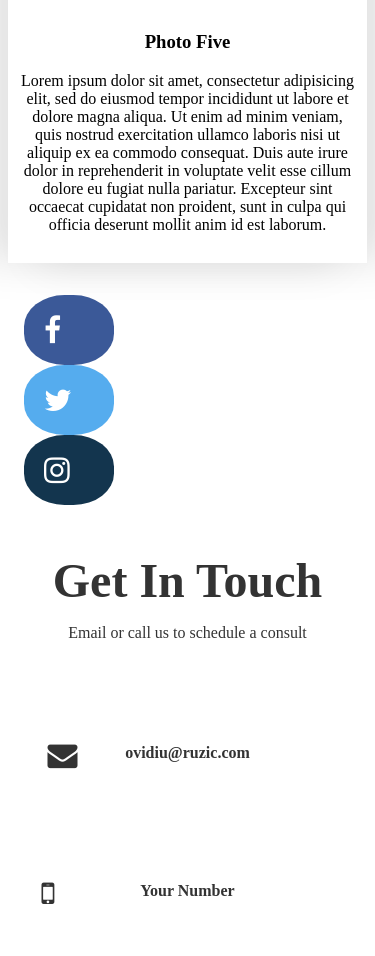
Repository: konstantin0s/mobile-photography
Page: index.html
The author's editor kept a copy of each file at every save. The page is drawn from the files as they stood at one save, then again after the next save.
The browser window is 375 px wide. The pictures show the part of the page from y = 3045 to 4001 px (the page is 4001 px tall).

Above is the page before, as saved 2019-05-11 15:17:46.

### index.html
<!DOCTYPE html>
<html lang="en" dir="ltr">
  <head>
    <meta charset="utf-8">
    <meta name="viewport" content="width=device-width, initial-scale=1.0">
    <meta http-equiv="X-UA-Compatible" content="ie=edge">
    <link rel="stylesheet" href="https://cdnjs.cloudflare.com/ajax/libs/font-awesome/4.7.0/css/font-awesome.min.css">
    <link rel="stylesheet" href="css/style.css">

    <title>Mobile Photography</title>
  </head>
  <body>
<main>
  <div id="landing" class="">
    <div id="landing-text" class="">
      <div id="landing-text-inner" class="">
       <img id="logo" src="img/logos.png" />
       <h1>Photography</h1>
        <a href="#images" class="btn" id="view-work">
          View Work
        </a>
      </div>
    </div>
    <div id="landing-image" class="">

    </div>
  </div>

  <div id="images" class="">
<div id="header">
  <h2>Our Work</h2>
</div>
<img src="https://source.unsplash.com/1600x900/?nature,water" alt="">
<div class="caption">
  <h3>Photo One</h3>
  <p>
    Lorem ipsum dolor sit amet, consectetur adipisicing elit, sed do eiusmod tempor incididunt ut labore et dolore magna aliqua. Ut enim ad minim veniam, quis nostrud exercitation ullamco laboris nisi ut aliquip ex ea commodo consequat. Duis aute irure dolor in reprehenderit in voluptate velit esse cillum dolore eu fugiat nulla pariatur. Excepteur sint occaecat cupidatat non proident, sunt in culpa qui officia deserunt mollit anim id est laborum.

  </p>
</div>

<img src="https://source.unsplash.com/1600x900/?nature,clouds" alt="">
<div class="caption">
  <h3>Photo Two</h3>
  <p>
    Lorem ipsum dolor sit amet, consectetur adipisicing elit, sed do eiusmod tempor incididunt ut labore et dolore magna aliqua. Ut enim ad minim veniam, quis nostrud exercitation ullamco laboris nisi ut aliquip ex ea commodo consequat. Duis aute irure dolor in reprehenderit in voluptate velit esse cillum dolore eu fugiat nulla pariatur. Excepteur sint occaecat cupidatat non proident, sunt in culpa qui officia deserunt mollit anim id est laborum.

  </p>
</div>

<img src="https://source.unsplash.com/1600x900/?nature,animals" alt="">
<div class="caption">
  <h3>Photo Three</h3>
  <p>
    Lorem ipsum dolor sit amet, consectetur adipisicing elit, sed do eiusmod tempor incididunt ut labore et dolore magna aliqua. Ut enim ad minim veniam, quis nostrud exercitation ullamco laboris nisi ut aliquip ex ea commodo consequat. Duis aute irure dolor in reprehenderit in voluptate velit esse cillum dolore eu fugiat nulla pariatur. Excepteur sint occaecat cupidatat non proident, sunt in culpa qui officia deserunt mollit anim id est laborum.

  </p>
</div>

<img src="https://source.unsplash.com/1600x900/?nature,trees" alt="">
<div class="caption">
  <h3>Photo Four/h3>
  <p>
    Lorem ipsum dolor sit amet, consectetur adipisicing elit, sed do eiusmod tempor incididunt ut labore et dolore magna aliqua. Ut enim ad minim veniam, quis nostrud exercitation ullamco laboris nisi ut aliquip ex ea commodo consequat. Duis aute irure dolor in reprehenderit in voluptate velit esse cillum dolore eu fugiat nulla pariatur. Excepteur sint occaecat cupidatat non proident, sunt in culpa qui officia deserunt mollit anim id est laborum.

  </p>
</div>

<img src="https://source.unsplash.com/1600x900/?nature,flowers" alt="">
<div class="caption">
  <h3>Photo Five</h3>
  <p>
    Lorem ipsum dolor sit amet, consectetur adipisicing elit, sed do eiusmod tempor incididunt ut labore et dolore magna aliqua. Ut enim ad minim veniam, quis nostrud exercitation ullamco laboris nisi ut aliquip ex ea commodo consequat. Duis aute irure dolor in reprehenderit in voluptate velit esse cillum dolore eu fugiat nulla pariatur. Excepteur sint occaecat cupidatat non proident, sunt in culpa qui officia deserunt mollit anim id est laborum.

  </p>
</div>

  </div>

</main>

<footer>
    <a href="#" class="fa fa-facebook"></a>
    <a href="#" class="fa fa-twitter"></a>
    <a href="#" class="fa fa-instagram"></a>

  <h3>Get In Touch</h3>
  <p>Email or call us to schedule a consult</p>
 <div class="container">
    <i class="fa fa-envelope fa-5x" aria-hidden="true"></i
      ><p><strong>ovidiu@ruzic.com</strong>
    </p> <br />
    <i class="fa fa-mobile fa-5x" aria-hidden="true"></i>
     <p> <strong>Your Number</strong></p>
 </div>
</footer>
<script
src="https://code.jquery.com/jquery-3.3.1.min.js"
integrity="sha256-FgpCb/KJQlLNfOu91ta32o/NMZxltwRo8QtmkMRdAu8="
crossorigin="anonymous"></script>
<script type="text/javascript" src="js/main.js">

</script>
  </body>
</html>

### css/style.css
import url('https://fonts.googleapis.com/css?family=Open+Sans');

body {
  font-family: 'Open Sans', sans-serif;
  margin: 0;
  background-color: #eee;
  height: auto;
}

h1{
  font-weight: 400;
  font-size: 2.5rem;
  text-transform: uppercase;
  margin: 0;
  border-bottom: 1px solid black;
  top: -90px;
  position: relative;
}

h2 {
  font-weight: 400;
  font-size: 1.2rem;
  text-transform: capitalize;
  margin: 0;
}

img {
  display: block;
  width: 100%;
}

#logo {
  top: -80px;
  position: relative;
}

main {
  max-width: 900px;
  margin: auto;
  box-shadow: 30px 0px 40px rgba(0,0,0,0.1), -30px 0px 40px rgba(0,0,0,0.1);
}

#landing {
  background: #fff;
  }

#landing-text {
display: flex;
flex: 0 1 40vw;
height: 50vh;
justify-content: center;
align-items: center;
text-align: center;
padding-right: 1rem;
padding-left: 1rem;
}

#landing-text h2 {
  color: #888;
}
.btn {
  padding: 0.5rem 2rem;
  border: 1px #ccc solid;
  display: inline-block;
  margin: 2rem 0 0;
  border-radius: 50px;
  text-decoration: none;
  color: #333;
  transition: background 500ms ease;
}

#landing-image {
  background: url(https://source.unsplash.com/De8wMYoSSBc);
  background-position: center;
  background-size: cover;
  background-repeat: no-repeat;
  height: 50vh;
  flex: 0 1 60vw;
  margin: 0;
}

.btn:hover {
  background: #f4f4f4;
}

#header {
  padding: 1.5rem;
  text-align: center;
  background: #333;
  color: #fff;
}

#header h2 {
  border-left: dotted 1px #fff;
  border-right: dotted 1px #fff;
display: inline-block;
padding-right: 1rem;
padding-left: 1rem;
}

.caption {
  padding: 0.8rem;
  text-align: center;
}

footer {
  text-align: center;
  padding: 2rem 1rem;
  margin: auto;
  color: #333;
}

footer h3 {
  font-size: 3rem;
  margin-bottom: 0;
}

.fa {
  padding: 20px;
  margin-right: 50px;
  font-size: 30px;
  width: 50px;
  text-align: center;
  text-decoration: none;
  border-radius: 45%;
}

/* Add a hover effect if you want */
.fa:hover {
  opacity: 0.7;
}

/* Set a specific color for each brand */

/* Facebook */
.fa-facebook {
  background: #3B5998;
  color: white;
}

/* Twitter */
.fa-twitter {
  background: #55ACEE;
  color: white;
}

/* Instagram */
.fa-instagram {
  background: rgb(19, 53, 78);
  color: white;
}

/* Email & Phone*/

.fa-envelope {
  position: relative;
  left:-90px;
 top: 62px;
}

.fa-mobile {
  position: relative;
  left:-96px;
 top: 62px;
}

.container {
  display: flex;
 flex-direction: column;
 justify-content: space-evenly;
 align-items: center;
}

/* Screen size 500px and up*/
@media(min-width: 500px) {
  #landing {
    display: flex;
    height: 100%;
  }
  #landing-text {
    height: 100vh;
  }
  #landing-image {
    height: 100vh;
  }
}

/* Screen size 700px and up*/
@media(min-width: 700px) {
  .btn {
    padding: 1rem 3rem;
  }
}

/* Screen size 700px and up*/
@media(max-width: 500px) {
  .btn {
    padding: 1rem 3rem;
  }


  #logo {
    display: flex;
    width: 200px;
    height: 150px;
    flex-direction: column;
    top: -30px;
    position: relative;
  }

  h1 {

    flex-direction: column;
    top: -20px;
  font-size: 28px;
  border-bottom: 1px solid black;
  }

  .fa {
    /* padding: 15px;
    margin-right: 50px;
    font-size: 20px;
    width: 35px;
    text-align: center;
    text-decoration: none;
    border-radius: 35%; */
    display: flex;
    flex-direction: row;
  }
}

### js/main.js
//animate smooth scroll
$('#view-work').on('click', function() {
  const images = $('#images').position().top;

  $('html, body').animate({
    scrollTop: images
  }, 900)
});

After the next save:
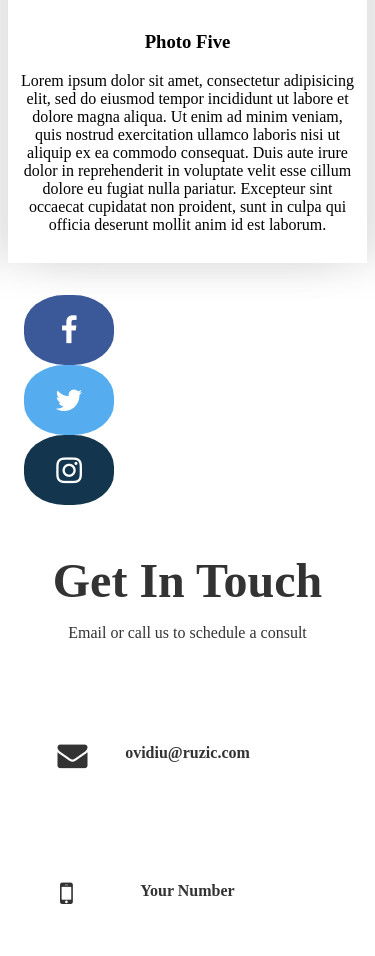
Saved 10 s later.
--- a/css/style.css
+++ b/css/style.css
@@ -226,5 +226,6 @@ footer h3 {
     border-radius: 35%; */
     display: flex;
     flex-direction: row;
-  }
-}
+    justify-content: center
+  }
+}
